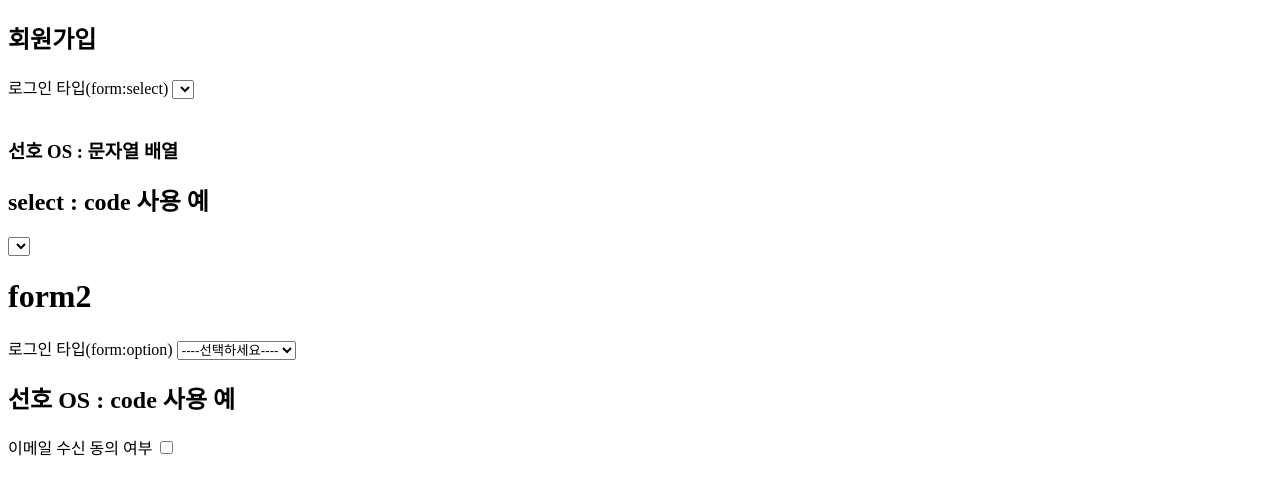
Repository: hanskim431/STS_Study
Page: http://localhost/sp5-chap11/WEB-INF/view/form/form2.jsp
The author's editor kept a copy of each file at every save. The page is drawn from the files as they stood at one save, then again after a run of saves.
The browser window is 1280 px wide. The pictures show the whole page.
The page is served by Tomcat 9. Nobody is signed in. Other server files are loaded and not shown. The template is opened directly, without the code that normally fills it, so the values that code supplies are empty.

Above is the page before, as saved 2023-06-09 03:08:43.

### sp5-chap11/src/main/webapp/WEB-INF/view/form/form2.jsp
<%@ page language="java" contentType="text/html; charset=UTF-8"
    pageEncoding="UTF-8"%>
<%@ taglib prefix="c" uri="http://java.sun.com/jsp/jstl/core" %>
<%@ taglib prefix="form" uri="http://www.springframework.org/tags/form" %>
<!DOCTYPE html>
<html>
<head>
<meta charset="UTF-8">
<title>Insert title here</title>
</head>
<body>
<h2>회원가입</h2>
<form:form modelAttribute="formCommand">
	<!--  -->
	<div>
		<label for="loginType">로그인 타입(form:select)</label>
		<form:select path="loginType" items="${loginType}"></form:select>
	</div>

	<br>

	<div>
	<h3>선호 OS : 문자열 배열</h3>
	<form:checkboxes items="${favoriteOsNames}" path="favoriteOS" element="div"/>
	</div>

	<div>
	<h2>select : code 사용 예</h2>
	<form:select path="jobCode">
		<form:options items="${jobCode}" itemLabel="label" itemValue="code"/>
	</form:select>
	</div>

</form:form>

<form:form modelAttribute="formCommand">
	<h1>form2</h1>
	<div>
		<label for="loginType">로그인 타입(form:option)</label>
		<form:select path="loginType">
			<option value="">----선택하세요----</option>
			<form:option value="특수회원"/>
			<form:options items="${loginType}"/>
		</form:select>
	</div>

	<div>
	<h2>선호 OS : code 사용 예</h2>
		<form:checkboxes items="${favoriteOsCodes}" path="favoriteOS" itemLabel="label" itemValue="code"/>
	</div>

	<label for="">이메일 수신 동의 여부</label>
	<form:checkbox path="allowNoti"/>
</form:form>
</body>
</html>

After the next 2 saves:
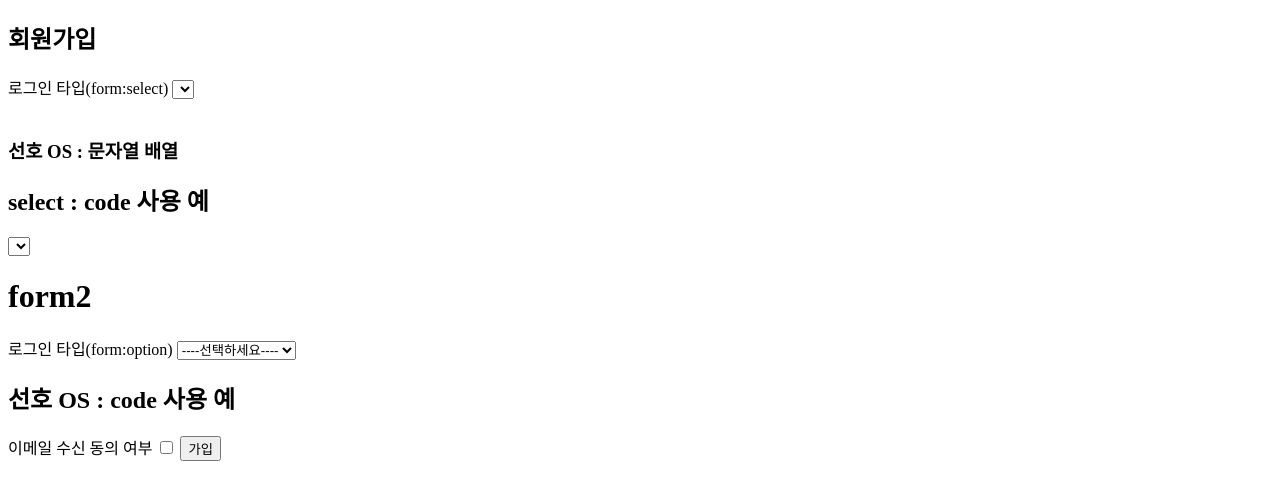
The 2 saves are shown as one change because they came seconds apart.
The last was saved 16 s later.
--- a/sp5-chap11/src/main/webapp/WEB-INF/view/form/form2.jsp
+++ b/sp5-chap11/src/main/webapp/WEB-INF/view/form/form2.jsp
@@ -51,6 +51,8 @@
 
 	<label for="">이메일 수신 동의 여부</label>
 	<form:checkbox path="allowNoti"/>
+
+	<button>가입</button>
 </form:form>
 </body>
 </html>
